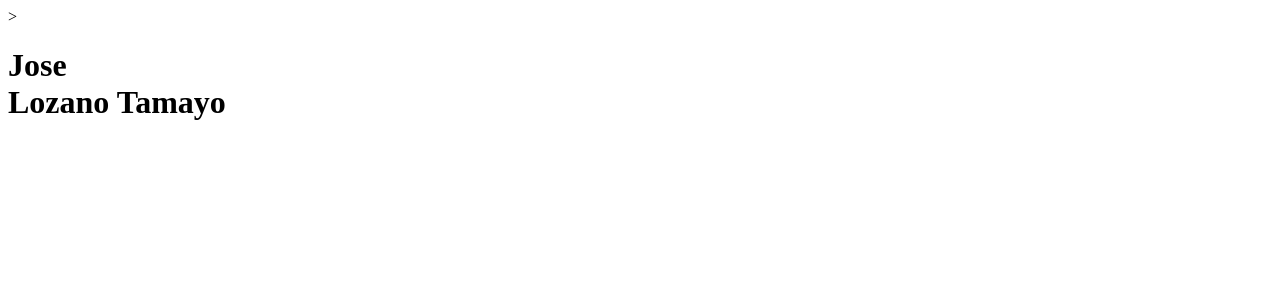
Repository: joseLozanoTamayo/project-react
Page: /badges/new (app in platzi-badges/)
An editor plug-in stored every save of this project. The page is shown before and after the next save, followed by the edit.
The browser window is 1280 px wide. The pictures show the whole page.
The project was rebuilt for these pictures with package versions that can differ from the ones it lists, and the page was loaded fresh each time.

Above is the page before, as saved 2019-05-22 21:50:18.

After the next save:
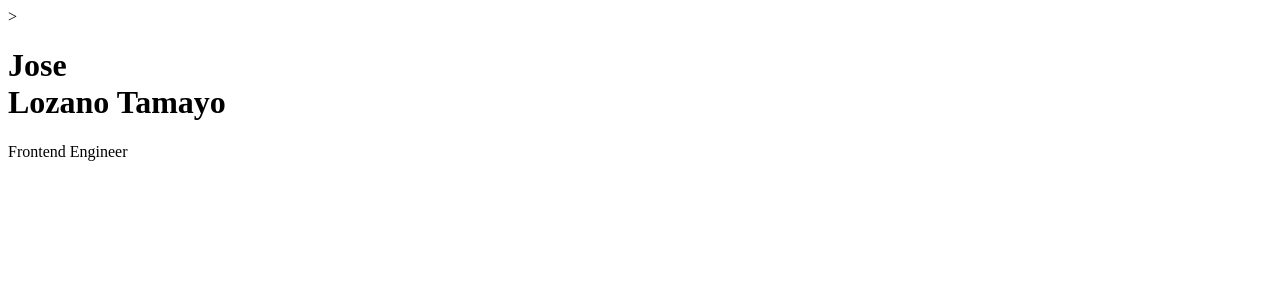
Saved 34 s later.
--- a/platzi-badges/src/components/Badge.js
+++ b/platzi-badges/src/components/Badge.js
@@ -49,6 +49,9 @@
             Jose <br /> Lozano Tamayo
           </h1>
         </div>
+        <div>
+          <p>Frontend Engineer</p>
+        </div>
       </div>
     );
   }
